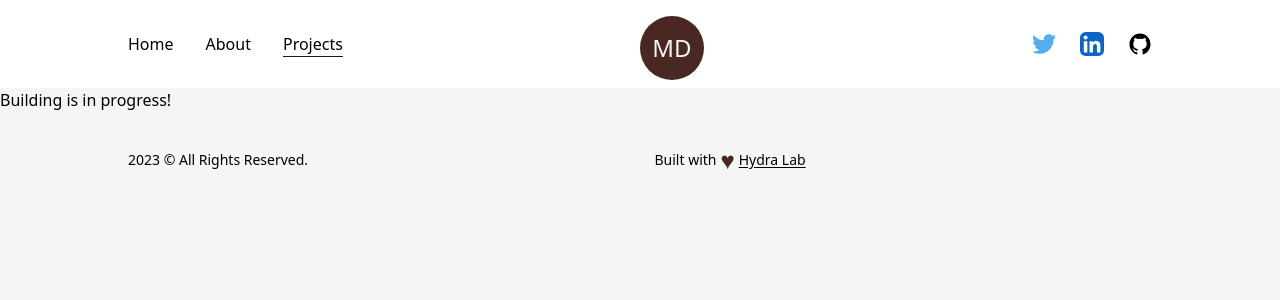
Repository: marcusdashe/situs
Page: /projects
An editor plug-in stored every save of this project. The page is shown before and after the next save, followed by the edit.
The browser window is 1280 px wide. The pictures show the whole page.
The project was rebuilt for these pictures with package versions that can differ from the ones it lists, and the page was loaded fresh each time. The framework's server and built-in components were replaced by stand-ins that run in the browser.

Above is the page before, as saved 2023-07-23 14:26:55.

### src/pages/_app.js
import Footer from "@/components/Footer";
import Navbar from "@/components/Navbar";
import "@/styles/globals.css";
import Head from "next/head";
// import { IBM_Plex_Sans } from "next/font/google";

// const ibm = IBM_Plex_Sans({
//   subsets: ["latin"],
//   variable: "--font-mont",
// });

export default function App({ Component, pageProps }) {
  return (
    <>
      <Head>
        <meta name="viewport" content="width=device-width, initial-scale=1" />
        <link rel="icon" href="/favicon.ico" />
      </Head>
      <main className={`  bg-light w-full min-h-screen`}>
        <Navbar />
        <Component {...pageProps} />
        <Footer />
      </main>
    </>
  );
}

### src/pages/projects.js
import React from "react";

const projects = () => {
  return <div>Building is in progress!</div>;
};

export default projects;

### src/components/Footer.jsx
import React from "react";
import Layout from "./Layout";
import Link from "next/link";

const Footer = () => {
  return (
    <footer className="w-full border-t-1 border-solid border-primaryDark font-medium text-sm ">
      <Layout className="py-8 flex items-center justify-between">
        <span>{new Date().getFullYear()} &copy; All Rights Reserved.</span>
        <div className="flex items-center">
          Built with{" "}
          <span className="text-primaryDark text-2xl px-1">&hearts;</span>
          <Link href="/" className="underline underline-offset-2">
            Hydra Lab
          </Link>
        </div>
        <Link href="/"></Link>
      </Layout>
    </footer>
  );
};

export default Footer;

### src/components/Navbar.jsx
import React from "react";
import { useRouter } from "next/router";
import Link from "next/link";
import Logo from "./Logo";
import { TwitterIcon, GithubIcon, LinkedInIcon } from "./Icons";
import { motion } from "framer-motion";

const CustomLink = ({ href, title, className = "" }) => {
  const router = useRouter();

  return (
    <Link href={href} className={`${className} relative group`}>
      {title}
      <span
        className={`h-[1px] inline-block bg-dark absolute left-0 -bottom-0.5 group-hover:w-full transition-[width] ease duration-300 ${
          router.asPath === href ? "w-full" : "w-0"
        }`}
      >
        &nbsp;
      </span>
    </Link>
  );
};

const Navbar = () => {
  return (
    <header
      className="w-full px-32 py-8 font-medium
            flex items-center justify-between sticky top-0 z-10 bg-white"
    >
      <nav>
        <CustomLink href="/" title="Home" className="mr-4" />
        <CustomLink href="/about" title="About" className="mx-4" />
        <CustomLink href="/projects" title="Projects" className="mx-4" />
        {/* <CustomLink href="/articles" title="Articles" className="ml-4" /> */}
      </nav>

      <nav className="flex items-center justify-center flex-wrap">
        <motion.a
          href="https://www.twitter.com/marcusdashe"
          target={"_blank"}
          whileHover={{
            y: -2,
          }}
          whileTap={{ scale: 0.9 }}
          className="w-6 mx-3"
        >
          <TwitterIcon className="" />
        </motion.a>
        <motion.a
          href="https://www.linkedin.com/in/marcus-dashe-15a088202"
          target={"_blank"}
          whileHover={{
            y: -2,
          }}
          whileTap={{ scale: 0.9 }}
          className="w-6 mx-3"
        >
          <LinkedInIcon />
        </motion.a>
        <motion.a
          href="https://www.github.com/marcusdashe"
          target={"_blank"}
          whileHover={{
            y: -2,
          }}
          whileTap={{ scale: 0.9 }}
          className="w-6 ml-3"
        >
          <GithubIcon />
        </motion.a>
      </nav>
      <div className="absolute left-[50%] top-2 translate-x-[-50]">
        <Logo />
      </div>
    </header>
  );
};

export default Navbar;

### src/styles/globals.css
@import url("https://fonts.googleapis.com/css2?family=IBM+Plex+Sans:ital,wght@0,100;0,200;0,300;1,100;1,200&family=Inter:wght@300;400;500;600;700;800;900&display=swap");

@tailwind base;
@tailwind components;
@tailwind utilities;

### src/components/Layout.jsx
import React from "react";

const Layout = ({ children, className = "" }) => {
  return (
    <div className={`${className} w-full inline-block z-0 bg-light p-32`}>
      {children}
    </div>
  );
};

export default Layout;

### src/components/Logo.jsx
"use client";

import React from "react";
import Link from "next/link";
import { motion } from "framer-motion";

const MotionLink = motion(Link);

const Logo = () => {
  return (
    <div className="flex items-center justify-center mt-2">
      <MotionLink
        href="/"
        className="w-16 h-16 bg-primaryDark text-light flex items-center
        justify-center rounded-full text-2xl  hover
      "
        whileHover={{
          scale: 1.5,
          backgroundColor: [
            "#121212",
            "rgba(131,58,180,1)",
            "rgba(253,29,29,1)",
            "rgba(252,176,69,1)",
            "rgba(131,58,180,1)",
            "#121212",
          ],
          transition: {
            duration: 1,
            repeat: Infinity,
          },
        }}
      >
        MD
      </MotionLink>
    </div>
  );
};

export default Logo;

Loaded but not shown: tailwind.config.js (34 lines, source omitted); src/components/Icons.jsx (474 lines, source omitted)

After the next save:
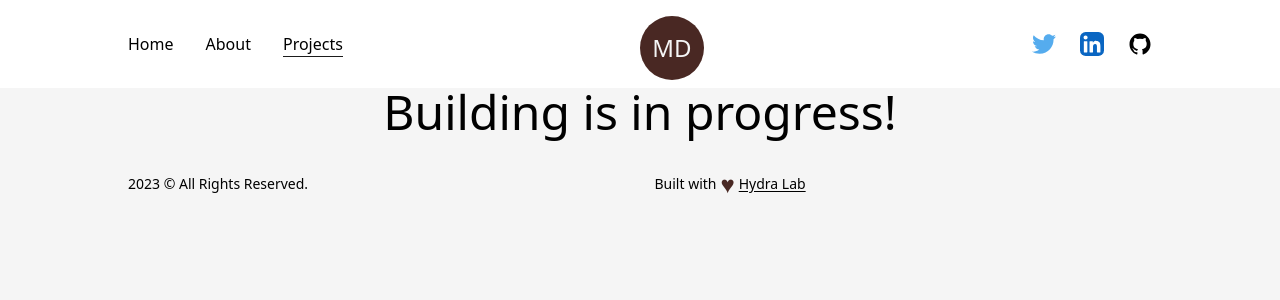
Saved 43 s later.
--- a/src/pages/projects.js
+++ b/src/pages/projects.js
@@ -1,7 +1,9 @@
 import React from "react";
 
 const projects = () => {
-  return <div>Building is in progress!</div>;
+  return (
+    <div className="text-5xl w-full text-center">Building is in progress!</div>
+  );
 };
 
 export default projects;
